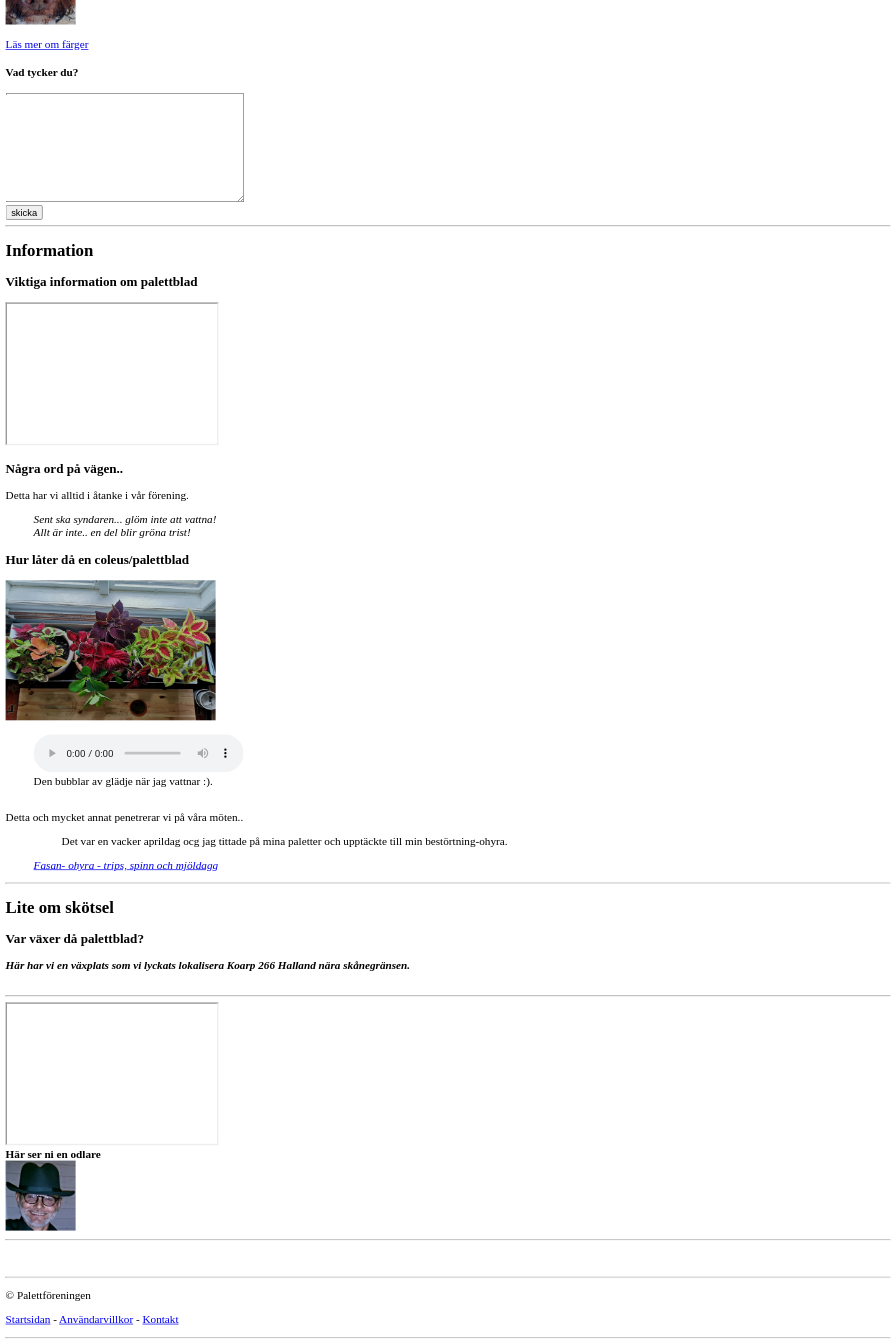
Repository: Webutveckling-20-21/Uppgift-1
Page: blogg.html
An editor plug-in stored every save of this project. The page is shown before and after the next save, followed by the edit.
The browser window is 1280 px wide. The pictures show the part of the page from y = 1220 to 3140 px (the page is 3140 px tall before and 3122 px after), at 70% of full size.
Pictures or frames that could not be fetched are drawn as grey boxes.

Above is the page before, as saved 2021-09-07 16:07:55.

### blogg.html
<!DOCTYPE html>
<html lang="sv">

<head>
    <meta charset="UTF-8">
    <meta name="viewport" content="width=device-width, initial-scale=1.0">
    <title>Föreningens blogg</title>
</head>

<body>
    <header>
        <h1>Palettbloggen</h1>
        <!-- Här läggs alla länkar in-->
        <a href="blogg.html"><b> Blogga om paletter</b></a>&nbsp;&nbsp;&nbsp;&nbsp;&nbsp;&nbsp;&nbsp;&nbsp;
        <a href="verksamheten.html"><b> Vad vi gör</b></a>&nbsp;&nbsp;&nbsp;&nbsp;&nbsp;&nbsp;&nbsp;&nbsp;
        <a href="medlemskap.html"><b>Bli medlem</b></a>

    </header>
    <main>
        <section>
            <h2>Vår blogg</h2>
            <article>
                <!-- första blogginlägget -->




                <br>
                <h3> <b> Några ord från ordföranden</b></h3>
                <img src="images/ord.jpg" width="100" height="100" alt="Ordförande"> <br>
                <h4>Lite om paletters skötsel</h4>


                <p> Ni kommer att förstå varandra, för palettblad svarar artigt. <br> Mörkt – växer långsamt. Ljust
                    –
                    växer
                    snabbt. Mindre vatten – grönare blad. <br> Mer vatten – ljusrosa blad. Inget vatten – slokar.
                    Enkelt!
                    Lätt att föröka. </p> <br>

                <p> <b> Latinskt namn:</b> Plectranthus scutellarioides
                    Växtfamilj: Kransblommiga växter. <br> <br>



                    <b> Läge:</b> Placeras ljust, men inte i direkt solljus då bladen kan brännas. <br>
                    Ju mer sol den får, desto
                    intensivare blir färgerna. <br> I skugga blir bladen mer gröna.
                    Under sommaren kan palettblad placeras ljust men <br> inte i direkt solljus då kan bladen
                    brännas.
                    <br>
                </p>

                <b> Temperatur:</b> Känslig för temperaturer under 18°C. <br> <br>

                <b> Vattning:</b> Vattnas ofta, 1-2 gånger i veckan. Håll jorden fuktig. <br> Som många växter vill den
                ha
                mer
                vatten på sommarhalvåret än på vintern. <br>

                <h4>Några hållpunkter som ny odlare</h4>
                <ul>
                    <li>Vattna lagom</li>
                    <li>Lagom ljus</li>
                    <li>Ta in dom när temperaturen sjunker och det är risk för frost</li>
                </ul>

            </article>

            <article>
                <!-- Andra inlägget  -->
                <h2>Färger och korsningar</h2>
                <p> Färger: Vi odlar växten för färgernas skull och de är nästan alla palettens. <br> Allt från
                    crèmevitt
                    och ljusgrönt till limefärgat, grönt, rost, rött och purpur – alla i många färgnyanser. <br>
                    Bakgrund:
                    Flerårig ört till halvbuske som förgrenar sig lätt. <br> I naturen blir den runt en meter hög. <br>
                    <i> Stina</i>
                </p>


            </article>

            <article>
                <!-- Tredje inlägget -->
                <h2>Fel om färger</h2>
                <p> Dessa frön sägs ofta ge blåa palettblad (palettblad kan inte bli blå). <br> Eller andra palettblad
                    med
                    väldigt speciella former och färger. <br> Som jag nämnde ovan så är det bara Palettblad med relativt
                    enkla former och färger, <br> som man har lyckats göra fröäkta. <br>
                    <i>Olle ny medlem</i>
                    <br>
                    <img src="images/olle.jpg" width="100" height="120" alt="olle">
                </p>

                <a href="https://coleus.blogg.se/">Läs mer om färger</a>
            </article>
            <h4>Vad tycker du?</h4>
            <textarea name="bloggpost" cols="40" rows="10"></textarea><br>
            <input type="submit" value="skicka">
        </section>
    </main>
    <hr>
    <aside>
        <section>
            <h2>Information</h2>
            <article>
                <h3>Viktiga information om palettblad</h3>

                <iframe src="https://youtu.be/BvaeieAXEZY" height="200" width="300" title="Iframe Example"></iframe>
            </article>
        </section>
        <article>
            <h3>Några ord på vägen..</h3>
            Detta har vi alltid i åtanke i vår förening.
            <!-- ett element för citat -->
            <blockquote>
                <i> Sent ska syndaren... glöm inte att vattna!</i>
                <br>
                <i> Allt är inte.. en del blir gröna trist!</i>
                <br>
            </blockquote>
            <h3>Hur låter då en coleus/palettblad</h3>
            <img src="images/pal.jpg" width="300" height="200" alt="en palett">
            <figure>
                <audio controls src="sounds/w.oga"></audio>
                <figcaption>Den bubblar av glädje när jag vattnar :).</figcaption>

            </figure>
             <Ett vackert samspel mellan människor och växter.</h5> <br>
                    <bold> Detta och mycket annat penetrerar vi på våra möten..</bold>


            <figure>
                <blockquote>
                    <p>Det var en vacker aprildag ocg jag tittade på mina paletter och upptäckte till min
                        bestörtning-ohyra.</p>
                </blockquote>
                <figcaption> <cite><a href="https://coleus.blogg.se/2019/july/ohyra-trips-spinn-och-mjoldagg.html">
                            Fasan- ohyra - trips, spinn och mjöldagg</a></cite> </figcaption>
            </figure>

        </article>
        <hr>
        <section>
            <h2>Lite om skötsel</h2>
            <article>
                <h3>Var växer då palettblad?</h3>
                <p>
                    <b> <i> Här har vi en växplats som vi lyckats lokalisera
                            Koarp 266 Halland nära skånegränsen. </i> </b> <br> <br>
                    <hr>

                    <iframe width="300" height="200" src="https://kartor.eniro.se/m/GUsQ0">
                    </iframe> <br>

                    <b> Här ser ni en odlare </b><br>
                    <img src="images/odl.jpg" width="100" height="100" alt="en odlare"> <br>


                    <hr>
            </article>
        </section>

    </aside> <br><br>
    <hr>
    <footer>
        <p> &copy; Palettföreningen</p>
        <nav>
            <p>
                <a href="blogg.html">Startsidan</a> -
                <a href="villkor.html">Användarvillkor</a> -
                <a href="kontakt.html">Kontakt</a>
            </p>
        </nav>


    </footer>
    <hr>
</body>

</html>

After the next save:
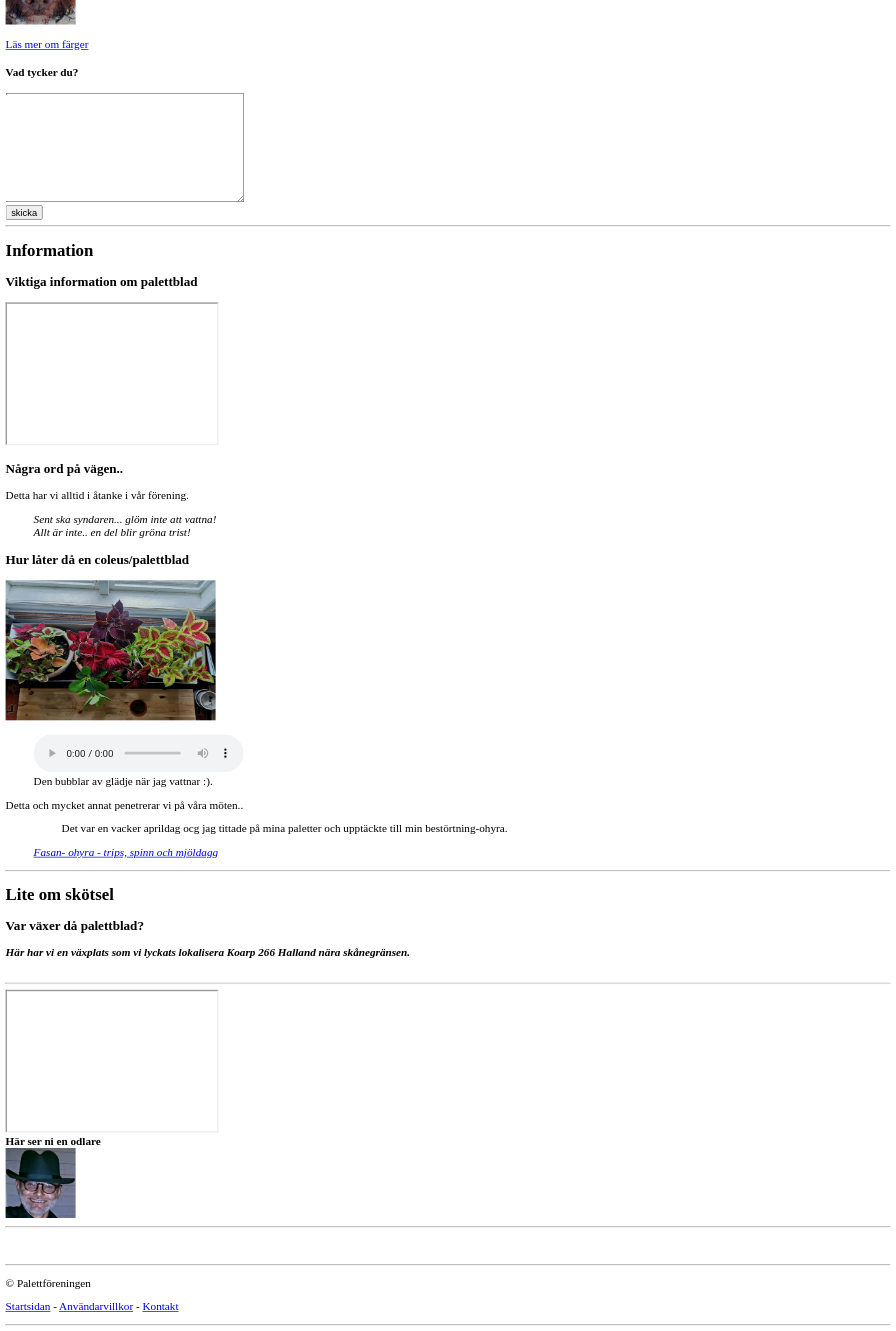
Saved 11 s later.
--- a/blogg.html
+++ b/blogg.html
@@ -127,7 +127,7 @@
                 <figcaption>Den bubblar av glädje när jag vattnar :).</figcaption>
 
             </figure>
-             <Ett vackert samspel mellan människor och växter.</h5> <br>
+             <Ett vackert samspel mellan människor och växter. <br>
                     <bold> Detta och mycket annat penetrerar vi på våra möten..</bold>
 
 

After the save that followed:
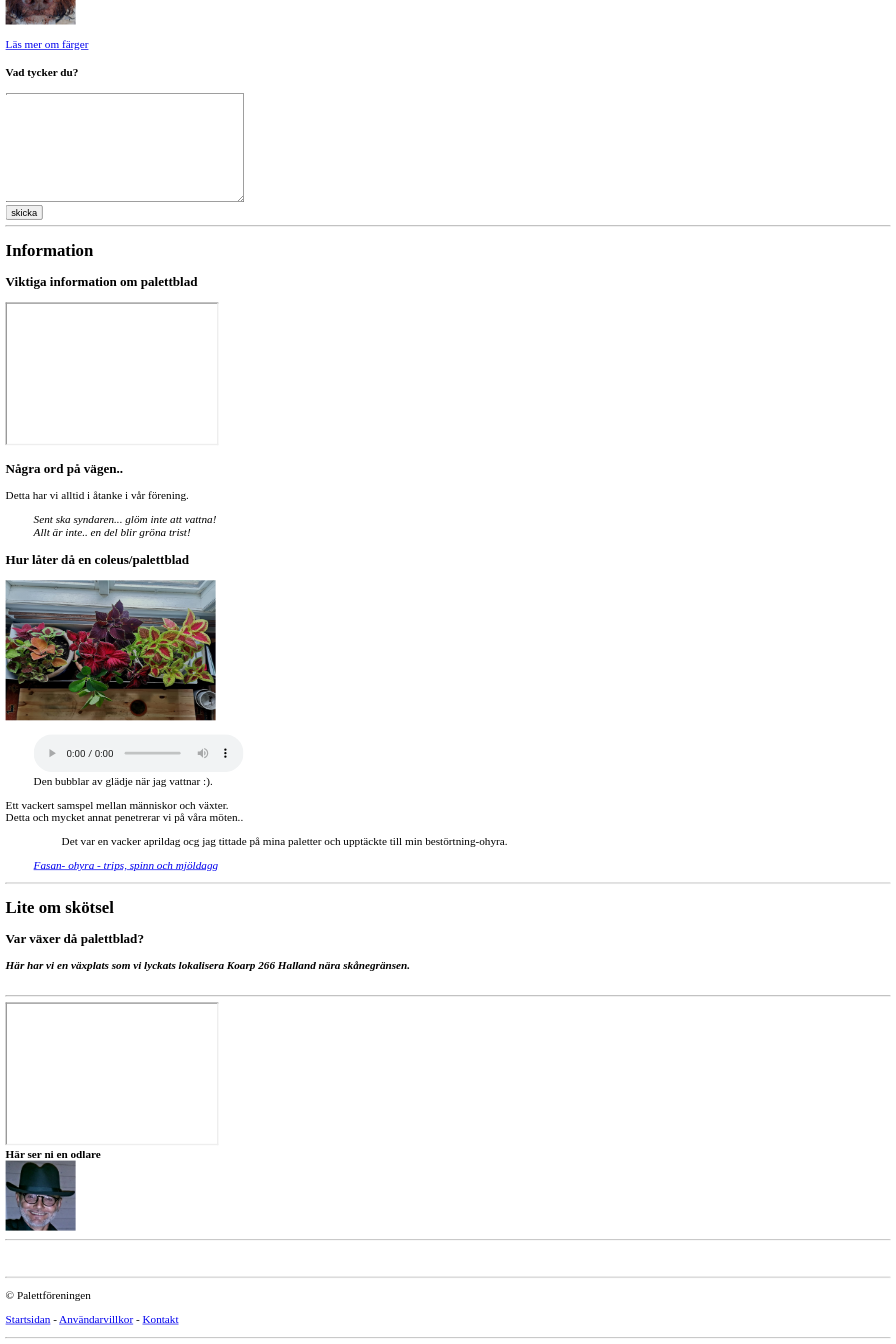
Saved 10 s later.
--- a/blogg.html
+++ b/blogg.html
@@ -127,7 +127,7 @@
                 <figcaption>Den bubblar av glädje när jag vattnar :).</figcaption>
 
             </figure>
-             <Ett vackert samspel mellan människor och växter. <br>
+             Ett vackert samspel mellan människor och växter. <br>
                     <bold> Detta och mycket annat penetrerar vi på våra möten..</bold>
 
 
